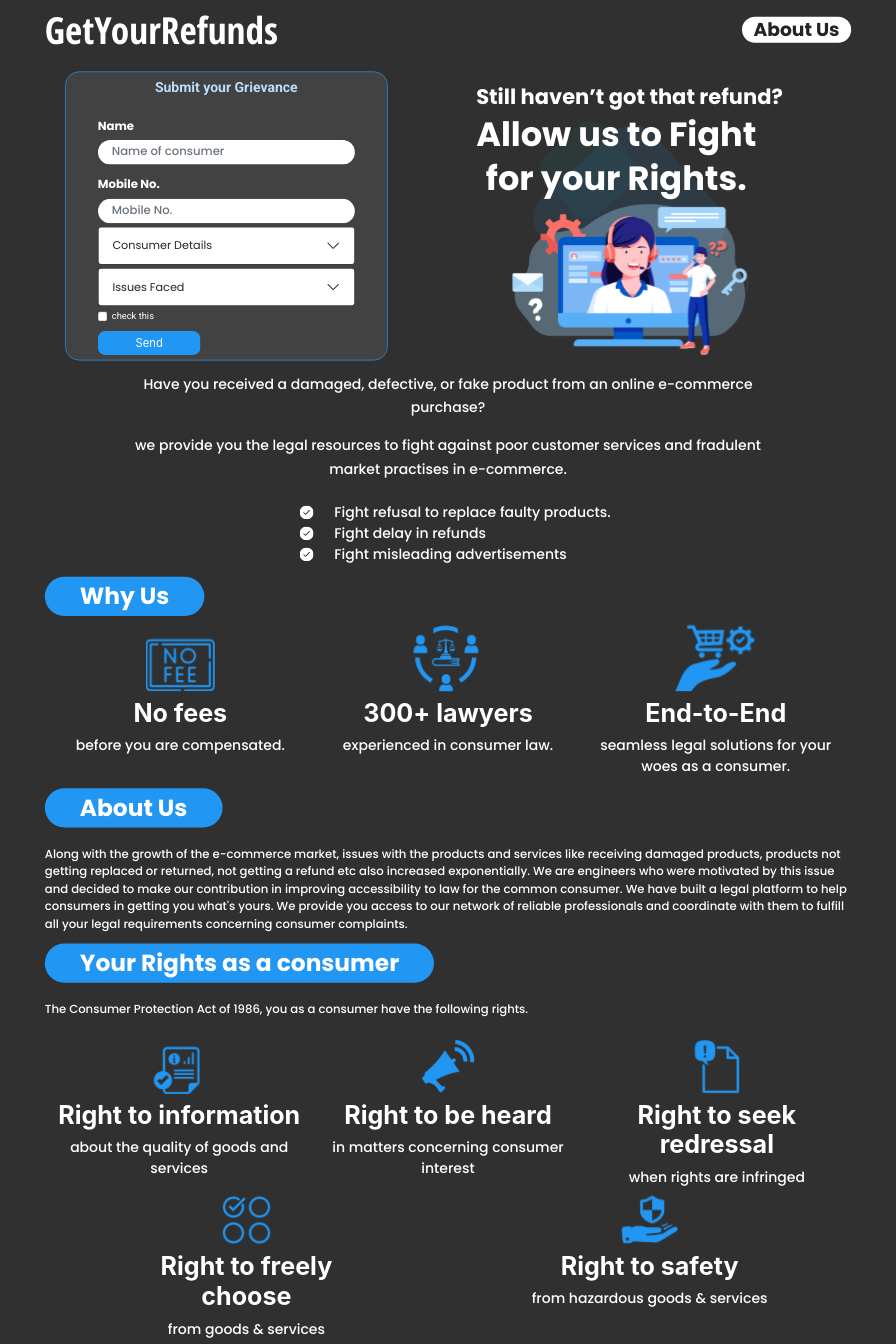
Repository: Eren00Yeager/initial-survey
Page: /consumer-complaints
These files come from the project's save history. The page is drawn as it stood at one moment and after the next save; the edit follows.
The browser window is 1280 px wide. The pictures show the part of the page from y = 0 to 1920 px (the page is 2633 px tall before and 2604 px after), at 70% of full size.
Some web fonts or font styles are not loaded; a fallback is used. The project was rebuilt for these pictures with package versions that can differ from the ones it lists, and the page was loaded fresh each time. The framework's server and built-in components were replaced by stand-ins that run in the browser. Also part of the build but not shown: next.config.js.

Above is the page before, as saved 2022-07-14 14:34:46.

After the next save:
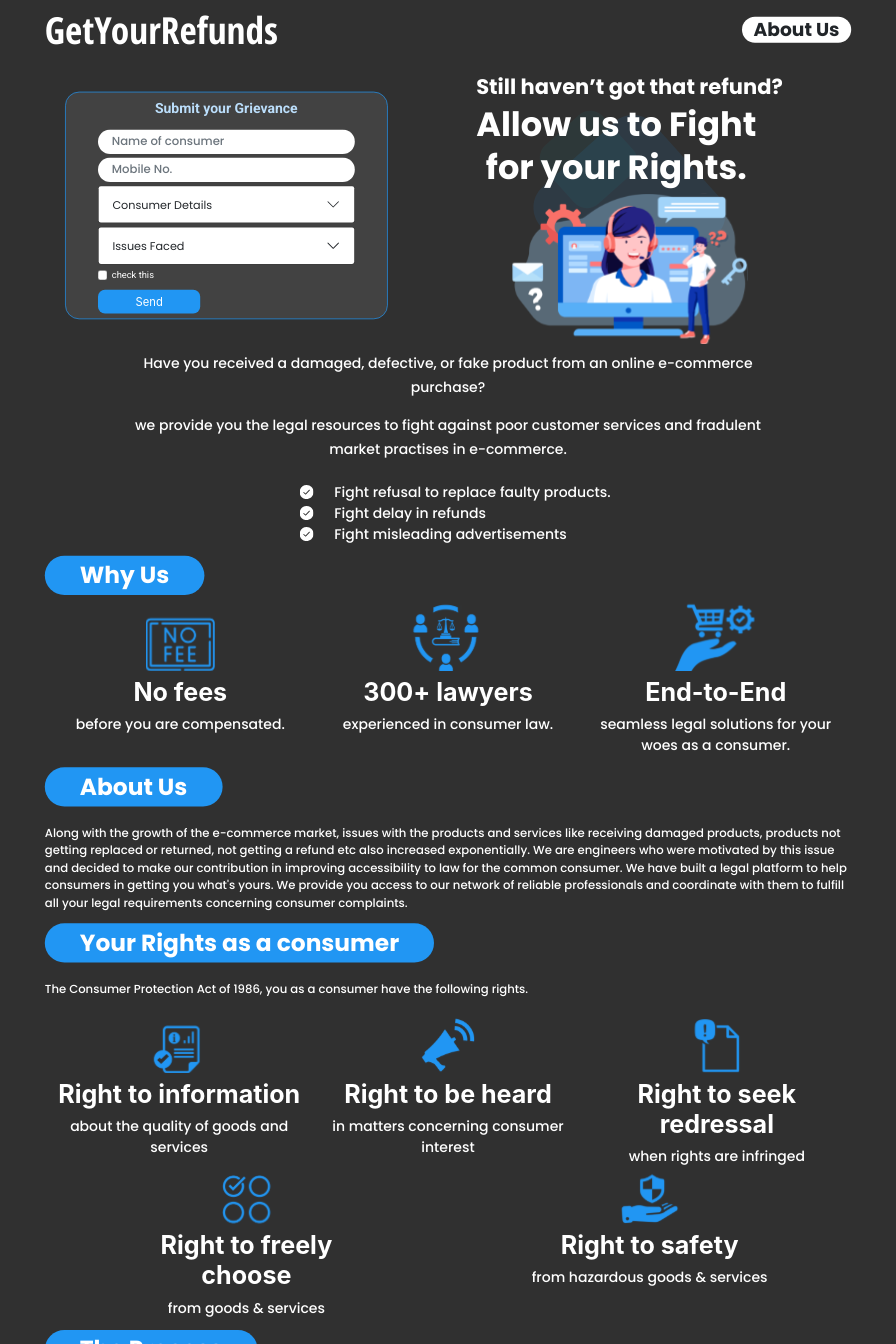
Saved 50 s later.
--- a/pages/consumer-complaints.jsx
+++ b/pages/consumer-complaints.jsx
@@ -120,12 +120,12 @@ export default function consumer() {
             </div>
             <div className={consumerStyles.details}>
             <Form.Group className={consumerStyles.det}>
-                                <Form.Label className={consumerStyles.nam}>Name</Form.Label>
+
                                 <Form.Control className={consumerStyles.plc} type="text" placeholder="Name of consumer" />
                             </Form.Group>
 
                             <Form.Group className={consumerStyles.det} >
-                                <Form.Label className={consumerStyles.nam}>Mobile No.</Form.Label>
+
                                 <Form.Control className={consumerStyles.plc} type="Mobile No." pattern="[0-9]{10}" placeholder="Mobile No." onChange={(e) => setMobile(e.target.value)} />
                             </Form.Group>
                 <Accordion>
